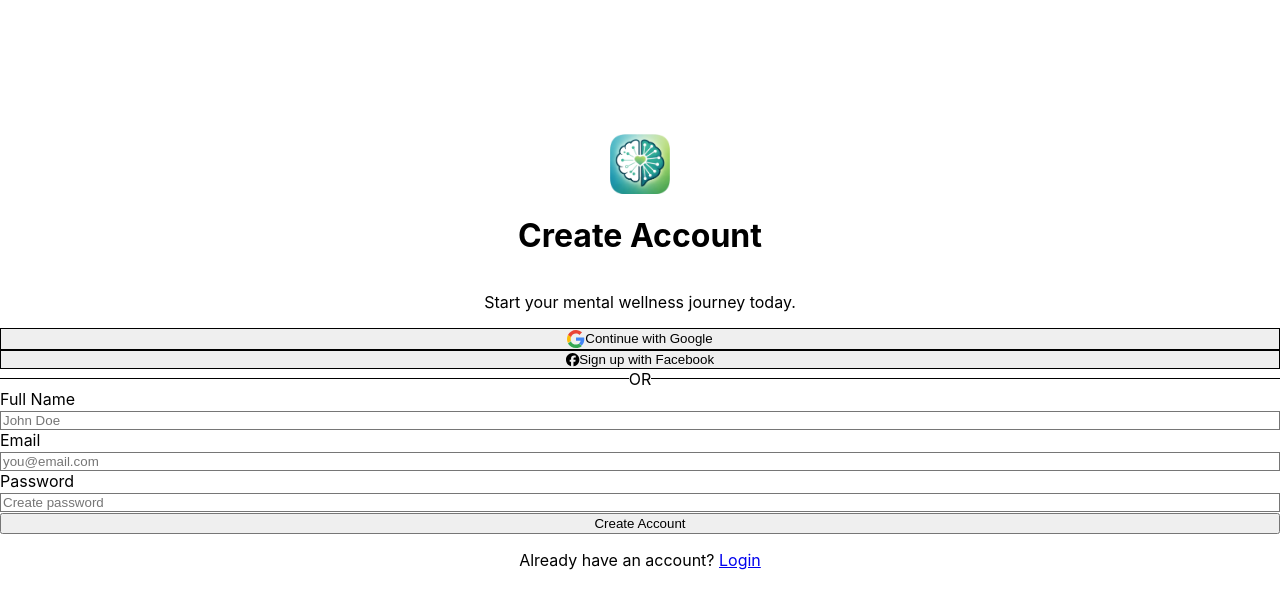
Repository: PhantomMiles/therabuddy
Page: /signup
An editor plug-in stored every save of this project. The page is shown before and after the next save, followed by the edit.
The browser window is 1280 px wide. The pictures show the whole page.
The project was rebuilt for these pictures with package versions that can differ from the ones it lists, and the page was loaded fresh each time. The framework's server and built-in components were replaced by stand-ins that run in the browser. Also part of the build but not shown: next.config.ts.

Above is the page before, as saved 2026-03-08 16:26:27.

### src/app/layout.tsx
import type { Metadata } from "next";
import { Geist, Geist_Mono } from "next/font/google";
import "./globals.css";

// fontawesome setup (prevent auto CSS insertion)
import { config } from '@fortawesome/fontawesome-svg-core';
import '@fortawesome/fontawesome-svg-core/styles.css';
config.autoAddCss = false;

const geistSans = Geist({
  variable: "--font-geist-sans",
  subsets: ["latin"],
});

const geistMono = Geist_Mono({
  variable: "--font-geist-mono",
  subsets: ["latin"],
});

export const metadata = {
 title: "Therabuddy",
 description: "AI-powered mental health diagnostic assistant",
 icons: {
  icon: "/therabuddy.png",
 },
}

export default function RootLayout({
  children,
}: Readonly<{
  children: React.ReactNode;
}>) {
  return (
    <html lang="en">
      <body
        className={`${geistSans.variable} ${geistMono.variable} antialiased`}
      >
        {children}
      </body>
    </html>
  );
}

### src/app/signup/page.tsx
"use client";

import { useState } from "react";
import Link from "next/link";
import Image from "next/image";

import { FontAwesomeIcon } from "@fortawesome/react-fontawesome";
import { faGoogle, faFacebook } from "@fortawesome/free-brands-svg-icons";

export default function SignupPage() {

  const [name,setName] = useState("");
  const [email,setEmail] = useState("");
  const [password,setPassword] = useState("");

  const handleSubmit = (e:React.FormEvent) => {
    e.preventDefault();
    console.log({name,email,password});
  };

  return (
    <main className="flex min-h-screen items-center justify-center bg-gray-50 dark:bg-black p-6">

      <div className="w-full max-w-md rounded-2xl bg-white dark:bg-neutral-900 shadow-xl p-8 space-y-6">

        <div className="flex flex-col items-center space-y-3">
          <Image src="/therabuddy.png" alt="Therabuddy" width={60} height={60}/>
          <h1 className="text-2xl font-bold">Create Account</h1>
          <p className="text-sm text-gray-500 text-center">
            Start your mental wellness journey today.
          </p>
        </div>

        {/* SOCIAL SIGNUP */}

        <div className="space-y-3">

          <button className="flex items-center justify-center gap-3 w-full border rounded-lg py-3 hover:bg-gray-50 dark:hover:bg-neutral-800 transition">

            {/* Google Icon */}
            <svg width="18" height="18" viewBox="0 0 48 48">
              <path fill="#EA4335" d="M24 9.5c3.54 0 6.69 1.22 9.19 3.6l6.85-6.85C35.82 2.46 30.31 0 24 0 14.62 0 6.51 5.38 2.56 13.22l7.98 6.2C12.32 13.21 17.72 9.5 24 9.5z"/>
              <path fill="#4285F4" d="M46.1 24.5c0-1.64-.15-3.21-.43-4.73H24v9h12.46c-.54 2.89-2.19 5.33-4.66 6.99l7.18 5.59C43.99 37.05 46.1 31.31 46.1 24.5z"/>
              <path fill="#FBBC05" d="M10.54 28.42c-.5-1.49-.79-3.09-.79-4.92s.29-3.43.79-4.92l-7.98-6.2C.92 16.41 0 20.06 0 24c0 3.94.92 7.59 2.56 10.62l7.98-6.2z"/>
              <path fill="#34A853" d="M24 48c6.31 0 11.62-2.08 15.49-5.66l-7.18-5.59c-2.01 1.35-4.58 2.15-8.31 2.15-6.28 0-11.68-3.71-13.46-9.17l-7.98 6.2C6.51 42.62 14.62 48 24 48z"/>
            </svg>

            Continue with Google
          </button>

          <button className="flex items-center justify-center gap-3 w-full border rounded-lg py-3 hover:bg-gray-50 dark:hover:bg-neutral-800 transition">
            <FontAwesomeIcon icon={faFacebook} className="text-blue-600"/>
            Sign up with Facebook
          </button>

        </div>

        <div className="flex items-center gap-3 text-gray-400 text-sm">
          <div className="flex-1 border-t"></div>
          OR
          <div className="flex-1 border-t"></div>
        </div>

        {/* FORM */}

        <form onSubmit={handleSubmit} className="space-y-4">

          <div>
            <label className="text-sm font-medium">Full Name</label>
            <input
              type="text"
              required
              placeholder="John Doe"
              className="w-full mt-1 rounded-lg border p-3 focus:outline-none focus:ring-2 focus:ring-black dark:bg-neutral-800"
              value={name}
              onChange={(e)=>setName(e.target.value)}
            />
          </div>

          <div>
            <label className="text-sm font-medium">Email</label>
            <input
              type="email"
              required
              placeholder="you@email.com"
              className="w-full mt-1 rounded-lg border p-3 focus:outline-none focus:ring-2 focus:ring-black dark:bg-neutral-800"
              value={email}
              onChange={(e)=>setEmail(e.target.value)}
            />
          </div>

          <div>
            <label className="text-sm font-medium">Password</label>
            <input
              type="password"
              required
              placeholder="Create password"
              className="w-full mt-1 rounded-lg border p-3 focus:outline-none focus:ring-2 focus:ring-black dark:bg-neutral-800"
              value={password}
              onChange={(e)=>setPassword(e.target.value)}
            />
          </div>

          <button
            type="submit"
            className="w-full rounded-lg bg-black text-white py-3 font-medium hover:opacity-90 transition"
          >
            Create Account
          </button>

        </form>

        <p className="text-sm text-center text-gray-500">
          Already have an account?{" "}
          <Link href="/login" className="font-semibold text-black dark:text-white">
            Login
          </Link>
        </p>

      </div>

    </main>
  );
}

Loaded but not shown: src/app/globals.css (common file)

After the next save:
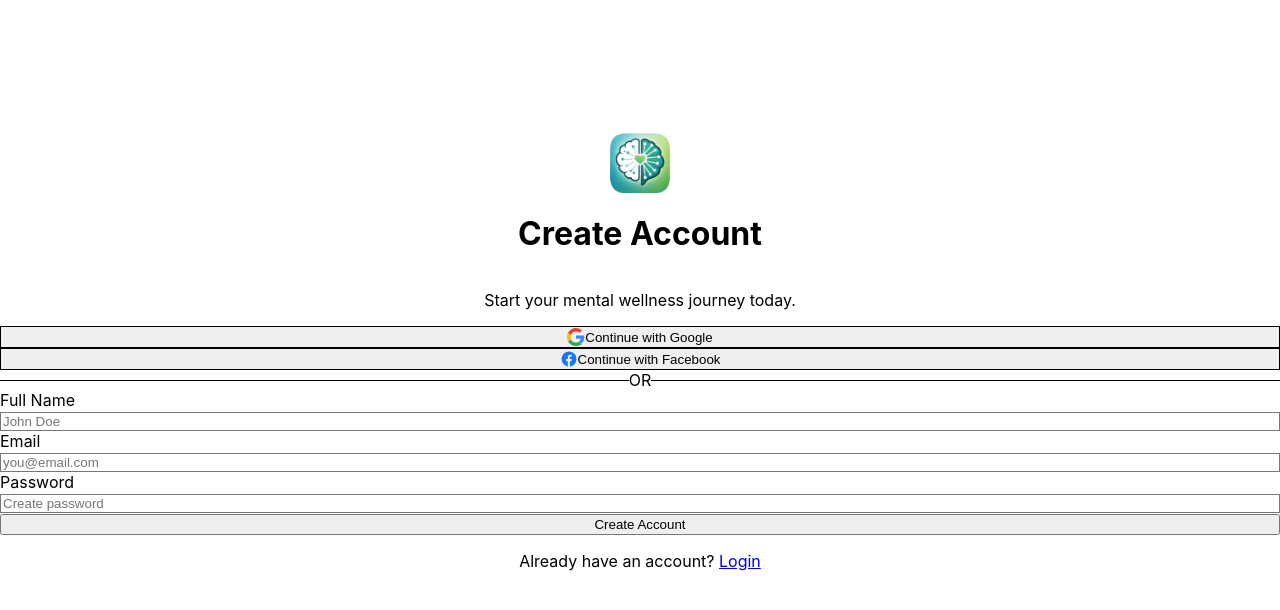
Saved 14 s later.
--- a/src/app/signup/page.tsx
+++ b/src/app/signup/page.tsx
@@ -49,8 +49,13 @@
           </button>
 
           <button className="flex items-center justify-center gap-3 w-full border rounded-lg py-3 hover:bg-gray-50 dark:hover:bg-neutral-800 transition">
-            <FontAwesomeIcon icon={faFacebook} className="text-blue-600"/>
-            Sign up with Facebook
+
+            {/* Facebook Icon */}
+            <svg width="18" height="18" viewBox="0 0 24 24" fill="#1877F2">
+              <path d="M22 12a10 10 0 1 0-11.56 9.87v-6.99h-2.2V12h2.2V9.8c0-2.18 1.3-3.39 3.3-3.39.96 0 1.96.17 1.96.17v2.15h-1.1c-1.09 0-1.43.68-1.43 1.38V12h2.44l-.39 2.88h-2.05v6.99A10 10 0 0 0 22 12z"/>
+            </svg>
+
+            Continue with Facebook
           </button>
 
         </div>
